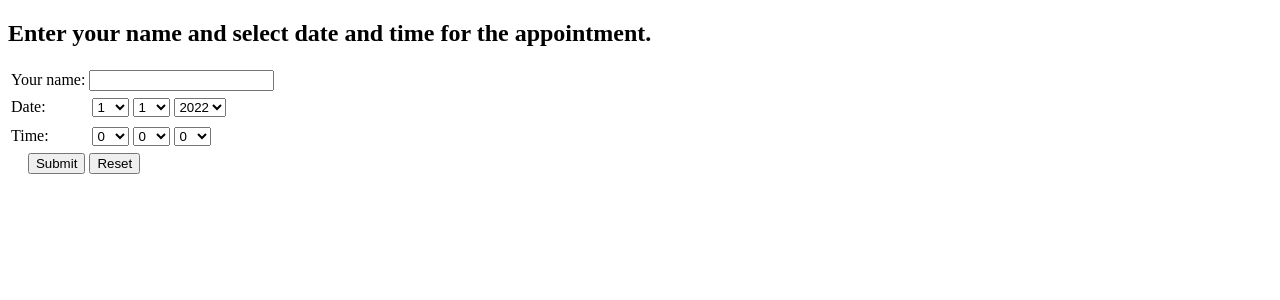
Repository: haitranduc4270/Book_store
Page: http://localhost/P3_Lab05_framework/Lab hằng tuần/Lab2.2/Exercise_DateTime/DateTime.php
These files come from the project's save history. The page is drawn as it stood at one moment and after the next save; the edit follows.
The browser window is 1280 px wide. The pictures show the whole page.
The page is run by PHP 8.4 with error messages shown; the project is at /var/www/html/.

Above is the page before, as saved 2022-04-25 09:01:05.

After the next save:
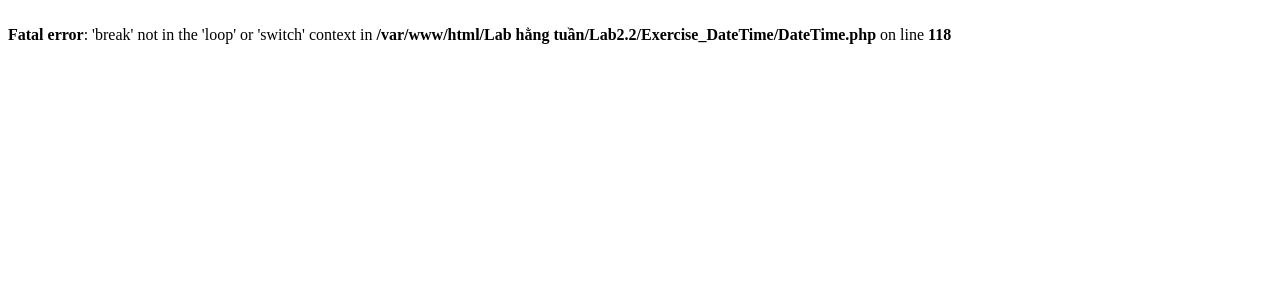
Saved 4 min 19 s later.
--- a/Lab hằng tuần/Lab2.2/Exercise_DateTime/DateTime.php
+++ b/Lab hằng tuần/Lab2.2/Exercise_DateTime/DateTime.php
@@ -109,21 +109,18 @@
                     print ("In 12 hours, the time and date is $hour:$minute:$second AM, $day/$month/$year <br/>");
                 }
 
-                switch($month){
-                    case 2:
-                        if(($year % 100 == 0 && $year % 400 == 0) || $year % 4 == 0){
-                            print ("This month has 29 days!");
-                        }else {
-                            print ("This month has 28 days!");
-                        }
-                        break;
-                    case [1, 3, 5, 7, 8, 10, 12]:
-                        print ("This month has 31 days!");
-                        break;
-                    case [4, 6, 9, 11]:
-                        print ("This month has 30 day!");
-                        break;
+                if($month == 2){
+                    if(($year % 100 == 0 && $year % 400 == 0) || $year % 4 == 0){
+                        print ("This month has 29 days!");
+                    }else {
+                        print ("This month has 28 days!");
+                    }
+                    break;
+                }elseif($month == 1 || $month == 3 || $month = 5 || $month = 7){
+                    print ("This month has 30 day!");
 
+                }else{
+                    print ("This month has 31 days!");
                 }
             }
         ?>

After the save that followed:
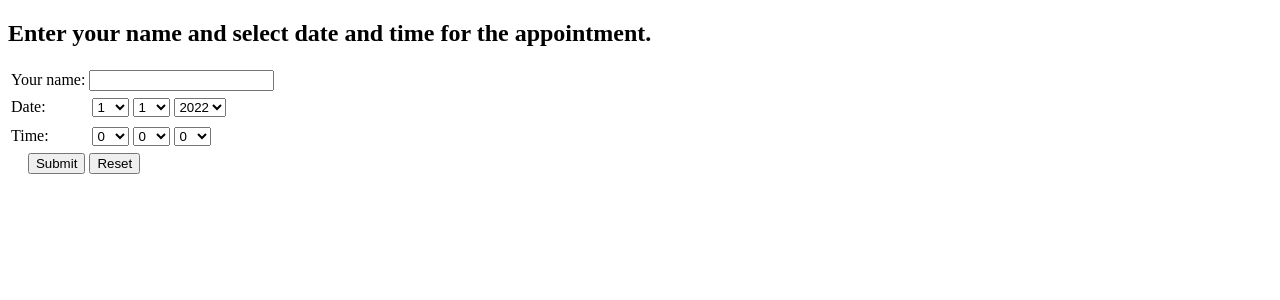
Saved 6 s later.
--- a/Lab hằng tuần/Lab2.2/Exercise_DateTime/DateTime.php
+++ b/Lab hằng tuần/Lab2.2/Exercise_DateTime/DateTime.php
@@ -115,7 +115,6 @@
                     }else {
                         print ("This month has 28 days!");
                     }
-                    break;
                 }elseif($month == 1 || $month == 3 || $month = 5 || $month = 7){
                     print ("This month has 30 day!");
 
